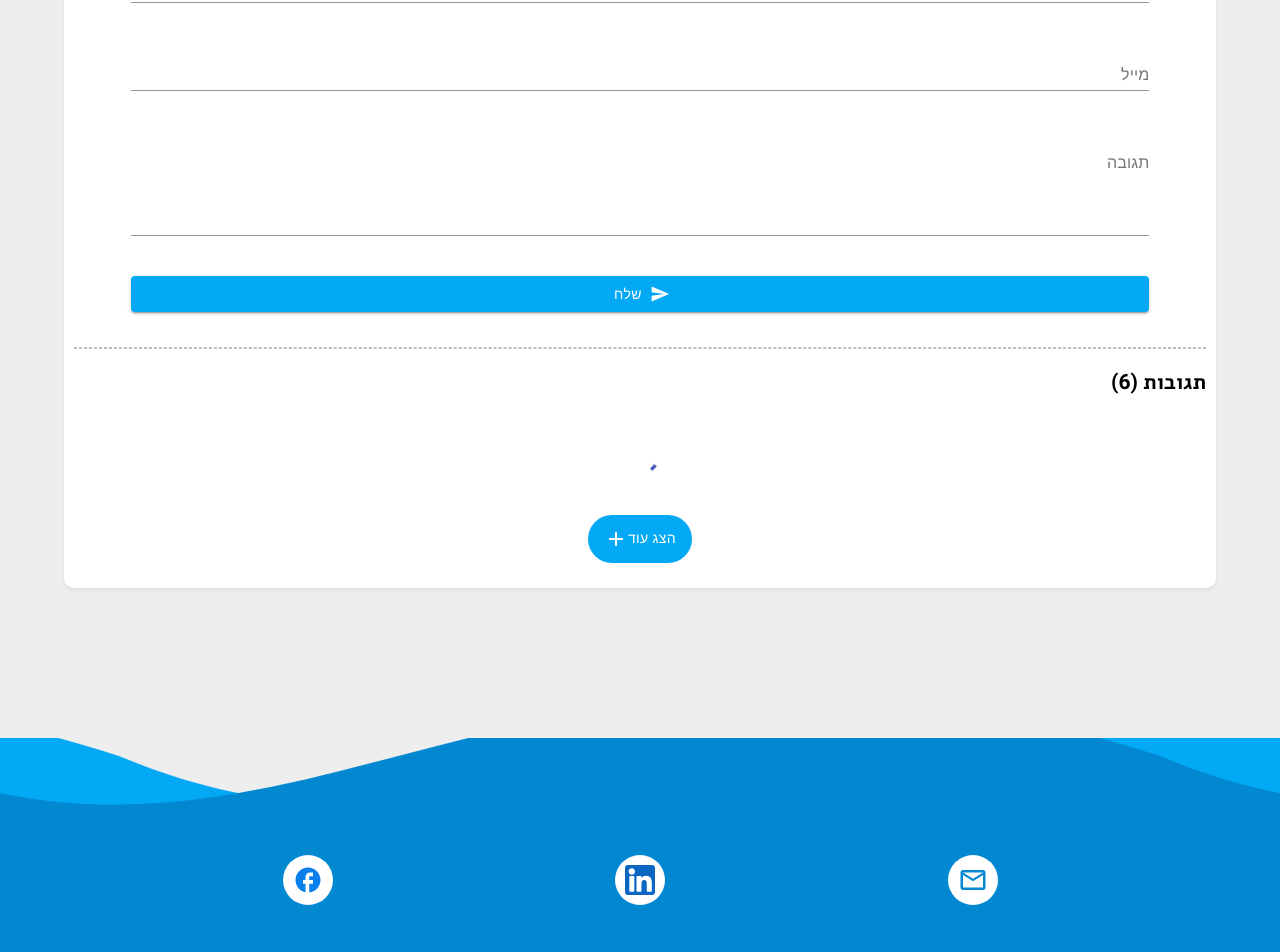
Repository: Ylan-sayada/blog-web-junior
Page: /article/1
The author's editor kept a copy of each file at every save. The page is drawn from the files as they stood at one save, then again after the next save.
The browser window is 1280 px wide. The pictures show the part of the page from y = 728 to 1680 px (the page is 1680 px tall before and 1592 px after).
The project was rebuilt for these pictures with package versions that can differ from the ones it lists, and the page was loaded fresh each time. Also part of the build but not shown: src/common/mainComponents/Header.tsx, src/utils/isEmail.ts, src/common/vendorComponents/materialUi/input/NewsletterInput.tsx, src/utils/getRect.ts, src/common/mainComponents/Newsletter.tsx, src/common/components/ect/Img.tsx, src/common/components/ect/PreviewArticle.tsx, src/common/mainComponents/ArticleWidgetGenerator.tsx and 5 more.

Above is the page before, as saved 2021-06-04 17:00:48.

### src/common/mainComponents/Main.tsx
import React from 'react';
import Home from './Home';
import { Switch, Route } from "react-router-dom";
import Blog from './Blog';
import About from './About';
import Article from './Article';
export default function Main(): JSX.Element {

    return (
        <React.Fragment>
            <Switch>
                <Route exact path="/">
                    <Home />
                </Route>

                <Route path="/about">
                    <About />
                </Route>

                <Route path="/blog">
                    <Blog />
                </Route>
                <Route path="/article/:id" >
                    <Article />
                </Route>
            </Switch>
        </React.Fragment>
    )
}

### src/common/components/ect/CounterDay.tsx
import React from 'react'
import countDay from '../../../utils/countDay';

export default function CounterDay(props: { dateStart: Date, foundWork: boolean }) {
    let dayElapsed = countDay(props.dateStart);
    let classState = props.foundWork ? "green" : "yellow";
    //also if the mission is accomplished the counter will continue to count day.
    //to resolve this we should to stock the day that the mission is accomplished
    return (
        <div className={`counter-day ${classState}`}>
            <div>
                <p>{dayElapsed} <br /> <strong>{dayElapsed > 1 ? "ימים" : "יום"}</strong></p>
            </div>

            <div>
                <p dir="rtl">מצב המשימה העיקרית </p>
                <p className="bold">{props.foundWork ? "משימה הושלמה!" : "ממשיכים בהרפתקאות"} </p>
            </div>
        </div>
    )
}

### src/utils/LangContext.ts
import React from 'react'
const LangContext = React.createContext({});
export const langData = {
    "heb":{
        "Home":{
            "ArticleWidgetGenerator" :{
                    "latest":"פוסטים אחרונים",
                    "oldest" : "פוסטים ישנים",
                    "hotest" : "להיטים"
                }
        }
    },
    "eng":{
        "Home":{
            "ArticleWidgetGenerator" :{
                "latest":"פוסטים אחרונים",
                "oldest" : "פוסטים ישנים",
                "hotest" : "להיטים"
                }
        }
    }

};
export const LangProvider = LangContext.Provider;
export const LangConsumer = LangContext.Consumer;
export default LangContext;

### src/ressources/scss/index.scss
@import './helpers/variable.scss';
@import './base/reset.scss';
@import './helpers/fonctions';
@import './helpers/animations.scss';
@import './layout/header.scss';
@import './layout/nav.scss';
@import './layout/footer.scss';
@import './components/CounterDay.scss';
@import './components/RoundedIcone.scss';
@import './components/PreviewArticle.scss';
@import './components/socialIcones.scss';
@import './components/Newsletter.scss';
@import './components/TitleLine.scss';
@import './components/Img.scss';
@import './components/MiniPresentation.scss';
@import './components/Drawer.scss';
@import './components//Article.scss';
@import './base/generalConfig.scss';
@import './components/fineSep.scss';

### src/common/components/ect/ScrollTop.tsx
import { useEffect } from "react";
import { useLocation } from "react-router-dom";

export default function ScrollTop() {
    const { pathname } = useLocation();

    useEffect(() => {
        window.scrollTo(0, 0);
    }, [pathname]);

    return null;
}

### src/common/components/stylised title/TitleLine.tsx
import React from 'react'
import isHebrew from '../../../utils/isHebrew';
import GetTitle from '../ect/GetTitle';
interface ContainChildren<Type>{
    children:Type;
    size:SizeMode
}
type SizeMode = 'very small'| 'small' | 'medium' | 'large' | 'extra large';
export default function TitleLine(props:ContainChildren<string>){
    let initClass = isHebrew(props.children) ? "title-line heb" : "title-line eng";
    let initContent = isHebrew(props.children)?
     <React.Fragment><span className="line"/><span className="content">{props.children}</span></React.Fragment>
     :
     <React.Fragment><span className="content">{props.children}</span><span className="line"/></React.Fragment>

    return (
        <React.Fragment>
            <GetTitle size={props.size} className={initClass}>{initContent}</GetTitle>
        </React.Fragment>
    );
}

### src/common/components/hoc/WithLink.tsx
import React from 'react';
import { Link } from 'react-router-dom';
import isExternal from '../../../utils/isExternal';
declare namespace JSX {

    class ObjectContainsProps<ContainSomething>{
        props:ContainSomething;
    }
}
interface ContainUrl{
    link : string;
}
/**
 * @param El React element we want to add url
 * @param url Url added to the El
 * @returns
 */
function WithLink(El:React.ReactElement,url?:string):React.ReactElement;
/**
 * @param El React element we want to add url should contain link props
 * @returns
 */
function WithLink (El:JSX.ObjectContainsProps<ContainUrl>,url:string=""):React.ReactElement{
    let link = url === "" ? El.props.link : url ;
    let Parent = isExternal(link) ?
    <a href={link} target="_blank" rel="noreferrer">{El}</a>   :   <Link to={link}>{El}</Link>
    return (
        <React.Fragment>
        {Parent}
        </React.Fragment>
    )
}
export default WithLink

### src/common/components/sep/FineSep.tsx
import React from 'react'

export default function FineSep(props: { dashed?: boolean }) {
    return (
        <div className={`fine-sep ${props.dashed ? 'dashed' : ''}`} ></div>
    )
}

### src/common/components/ect/MiniPresentation.tsx
import React from 'react'
import RoundedIcone from './RoundedIcone'

export default function MiniPresentation(props: any) {
    return (
        <div className="mini-presentation">
            <h3 style={{ color: "black" }}>{props.name}</h3>
            <span className="sub-desc">{props.titleDesc}</span>
            <RoundedIcone width="80px" image={props.image} />
            <p>{props.desc}</p>
        </div>
    )
}

### src/utils/countDay.ts
export default function countDay(dateStart:Date,dateEnd?:Date){
    let res = typeof(dateEnd) != 'undefined' ?dateEnd.getTime() - dateStart.getTime() : Date.now() - dateStart.getTime();
    res = (res / (1000*60*60*24));
    return Math.floor(res);
}

### src/ressources/scss/helpers/variable.scss
$base-color:#03A9F4;
$secondary-color:#0288D1;
$text-light-color:#FFFFFF;
$text-dark-color:#212121;
$text-dark-secondary-color:#757575;
$divider-color:#BDBDBD;
$big:1.4rem;
$small:0.8rem;
$nav-height:56px;
$facebook: #097feb;
$twitter:#1c9cea;
$linkedin:#0a66c2;

### src/ressources/scss/helpers/fonctions/index.scss
@import './imgBackground.scss';

### src/ressources/scss/helpers/fonctions/imgBackground.scss
@mixin imgBackground($img){
    background-image: url($img);
    background-repeat: no-repeat;
    background-size: cover;
}

### src/ressources/scss/helpers/animations.scss
@keyframes addedContent{
    0%{
        position: relative;
        top: 0px;
        transform: rotate(0);
    }
    25%{
        top: -15px;
        transform: rotate(10deg);
    }
    50%{
        top: 0px;
        transform: rotate(0);
    }
    75%{
        top: 15px;
        transform: rotate(-10deg);
    }
    100%{
        top: 1px;
        transform: rotate(0);
    }
}
@keyframes opacityTransition {
    from{
        opacity: 0;
    }
    to{
        opacity: 1;
    }
}

### src/ressources/scss/layout/header.scss
.header {
    @include imgBackground('/ressources/img/code.jpg');
    height: calc(100vh - #{$nav-height});
    display: flex;
    justify-content: center;
    width: 100vw;

    .content-header {
        display: flex;
        flex-direction: column;
        justify-content: space-evenly;
        padding: 20px;
        background-color: rgba(255, 255, 255, 0.9);
        align-self: center;
        width: 80%;
        height: 80%;
        h1{
            color: $base-color;
            font-weight: bold;
            font-size: 1.5em;
            text-align: center;
        }
        p{
            text-align: right;
            font-size: 0.9em;
            line-height: 1.2em;
        }
        .header-button{
            width:100%;
            color: $text-light-color;
            background-color: $text-dark-color;
        }

    }
}

### src/ressources/scss/layout/nav.scss
@import '../helpers/variable' ;
.navBar{
    background-color: $base-color;
    color: $text-light-color;
    justify-content: space-between;

    .right-side{
        display: flex;
        align-items:center;
    }
}

### src/ressources/scss/layout/footer.scss
.footer-content {

    .socialIcones {
        align-items: center;
        height: 20vh;
        background-color: $secondary-color;

        a {
            display: flex;
            background-color: white;
            padding: 10px;
            border-radius: 100%;

            &.facebook-icone {
                color: $facebook;
            }

            &.linkedin-icone {
                color: $linkedin;
            }

            &.mail-icone {
                color: $secondary-color;
            }
        }
    }


}

### src/ressources/scss/components/CounterDay.scss
.counter-day{
    display: flex;
    justify-content: space-evenly;
    padding: 5px;

    font-size: $small;
    >div{
        align-self: center;
        text-align: center;
    }
    &.green{
        background-color: green;
        color:$text-light-color;
    }
    &.yellow{
        background-color: yellow;
        color:$text-dark-color;
    }
}

### src/ressources/scss/components/RoundedIcone.scss
.roundedIcone{
    border-radius: 80%;
    background-repeat: no-repeat;
    background-size:contain;
    background-position: center;
}

### src/ressources/scss/components/subDesc.scss
.sub-desc{
    color:$text-dark-secondary-color;
    font-size: $small;
}

### src/ressources/scss/components/socialIcones.scss
@import '../helpers/flexPlacement';
.socialIcones{
    @extend .inlineFlex;
    @extend .equalSpace;
    width:100%;
     & svg{
         width: 30px;
         height:30px;

     }
}

### src/ressources/scss/helpers/flexPlacement.scss
.inlineFlex{
    display: flex;
}
.equalSpace{
    justify-content: space-evenly;
}

### src/ressources/scss/components/Newsletter.scss
.newsletter {
    display: flex;
    flex-direction: column;
    text-align: center;
    padding: 20px 0;
    line-height: 1.5rem;
    >svg {
        background-color: $base-color;
        border-radius: 100%;
        padding: 5px;
        align-self: center;
        fill: $text-light-color;
        font-size: 2.5rem;
        margin: 20px;
    }

    p {
        display: flex;
        align-items: center;
        justify-content: center;



    }

    .newsletter.send {
        justify-content: center;

        .opacityTransition {
            font-weight: bold;
            white-space: nowrap;
            animation: opacityTransition 1s linear;
        }

        .sendSvg {
            margin-right: 30px;
            color: green;
            animation: addedContent 3s linear alternate;
        }
    }

    @import './NewsletterInput.scss';
}

### src/ressources/scss/components/NewsletterInput.scss
@use '../vendors/material-ui/resetInput';

.newsletter-input {
  display: flex;
  justify-content: space-evenly;
  flex-direction: column;

  >* {
    margin: 10px 0;
  }

  label {
    right: 0;
    left: auto;
  }

  @include resetInput.resetInput;
}

### src/ressources/scss/vendors/material-ui/resetInput.scss
@use '../../helpers/variable.scss'as variable;

@mixin resetInput {

    .MuiFormLabel-root.Mui-focused {
        color: variable.$base-color !important;
    }


    .MuiInput-underline::after {
        border-bottom: 2px solid variable.$base-color !important;
    }


    button {
        background-color: variable.$base-color !important;
        color: variable.$text-light-color !important;
    }

}

### src/ressources/scss/components/TitleLine.scss
.title-line {
    display: flex;
    margin: 10px 0;
    .content {
        font-size: 1.2em;
        font-weight: bold;
        flex-grow: 1;
        text-align: center;
    }

    .line {
        flex-grow: 10;
        display: flex;
        align-self: center;
        justify-content: space-around;
    }

    .line::after,
    .line::before {
        content: "";
        display: flex;
        height: 1px;
        width: 50%;
        align-self: baseline;
    }

    &.eng {
        .line::after {
            background-color: #e2e2e2;
        }

        .line::before {
            background: linear-gradient(to right, #bfa279, #e2e2e2);
        }
    }

    &.heb {
        .line::after {
            background: linear-gradient(to left, #bfa279, #e2e2e2);
        }

        .line::before {
            background-color: #e2e2e2;
        }
    }
}

### src/ressources/scss/components/Img.scss
.img-div {
    width: 100vw;
    min-height: 180px;
    height: auto;
    background-size: cover;
}

### src/ressources/scss/components/MiniPresentation.scss
@import './subDesc.scss';
.mini-presentation{
    text-align: center;
    & h1{
        font-weight: bold;
    }
    & .roundedIcone{
        margin: 20px auto;
    }
    & p{
        line-height: 1.4em;
    }
}

### src/ressources/scss/components/Drawer.scss
@import './socialIcones.scss';
.content-drawer{
    overflow-y:scroll;
    padding: 0 5%;
    & >*{
        margin: 0 0 40px 0;
    }
}

### src/ressources/scss/components/MessageInterface.scss
@use './MessageForm.scss'as form;

@mixin messageInterface {
    .message-interface {
        .message {
            margin: 10px 0;
        }
    }

    @include form.messageForm;
}

### src/ressources/scss/components/MessageForm.scss
@use '../vendors/material-ui/resetInput';

@mixin messageForm {
    .add-message-form {
        display: flex;
        flex-direction: column;
        align-items: center;

        >* {
            width: 90%;
            margin: 20px 0;
        }

        label {
            right: 0;
            left: auto;
        }

        @include resetInput.resetInput;
    }
}

### src/ressources/scss/base/generalConfig.scss
@import './typography.scss';

body {
    font-size: 18px;
    overflow-x: hidden;
    min-height: 100vh;
    position: relative;
    font-family: Roboto, Alef;

}

html {
    scroll-behavior: smooth;
}

.bold {
    font-weight: bold;
}

.italic {
    font-style: italic;
}

.only-desktop {
    display: none !important;
}

h1,
h2,
h3,
h4,
h5 {
    &.blue {
        color: $base-color;
    }
}

.header~div:not(.footer) {
    width: 90%;
    margin: 0 auto;
}

.no-scroll {
    height: 100%;
    overflow: hidden;
}

@media only screen and (min-width:1000px) {
    .only-desktop {
        display: initial !important;
    }
}

### src/ressources/scss/base/typography.scss
@font-face {
    font-family: Roboto;
    src: url('../../fonts/Roboto/Roboto-Light.ttf');
}
  @font-face {
    font-family: Roboto;
    src: url('../../fonts/Roboto/Roboto-Bold.ttf');
    font-weight: bold;
  }
  @font-face {
    font-family: Roboto;
    src: url('../../fonts/Roboto/Roboto-Italic.ttf');
    font-style: italic;
}
@font-face {
  font-family: Alef;
  src: url('../../fonts/Alef/Alef-Regular.ttf');
}
@font-face {
  font-family: Alef;
  src: url('../../fonts/Alef/Alef-Bold.ttf');
  font-weight: bold;
}

### src/ressources/scss/components/fineSep.scss
@use '../helpers/variable.scss'as variable;

.fine-sep:not(.dashed) {
    height: 1px;
    width: 100%;
    background-color: variable.$divider-color;
    margin: 20px 0;
}

.fine-sep.dashed {
    border: 1px dashed variable.$divider-color;
}

### src/common/components/ect/RoundedIcone.tsx
import React from 'react';
import WithLink from '../hoc/WithLink'
import isUndefined from '../../../utils/isUndefined';

interface propsIcone {
  customstyle?: React.CSSProperties,
  link?: string,
  width?: number | string,
  image: String | HTMLImageElement,
}

export default function RoundedIcone(props: propsIcone): any {
  let { width, link, image, customstyle } = props;
  let height;
  width = height = isUndefined(width) ? 40 + "px" : width;

  let initialBaseComponent = <div className="roundedIcone" {...props} style={{ ...customstyle, width: width, height: height, backgroundImage: `url(${image})` }}></div>;
  let FinalRes = isUndefined(link) ? initialBaseComponent : WithLink(initialBaseComponent);
  return (
    <React.Fragment>
      {FinalRes}
    </React.Fragment>
  );
}

### src/common/components/ect/MessageInterface.tsx
import React, { useEffect, useState } from 'react'
import MessageForm from '../../vendorComponents/materialUi/input/MessageForm'
import FineSep from '../sep/FineSep';
import AddIcon from '@material-ui/icons/Add';
import ExtendedBtn from '../buttons/ExtendedBtn';
import { CircularProgress } from '@material-ui/core';
import Comments from './Comments';
let msg = { author: "John doe", date: new Date().toLocaleDateString(), msg: " לורם איפסום דולור סיט אמט, קונסקטורר אדיפיסינג אלית לפרומי בלוף קינץ תתיח לרעח. לת צשחמי צש בליא, מנסוטו צמלח לביקו ננבי, צמוקו בלוקריה שיצמה ברורק. קוואזי במר מודוף. אודיפו בלאסטיק מונופץ קליר, בנפת נפקט למסון בלרק - וענוף לפרומי בלוף" }
let msgList = [msg, msg, msg, msg, msg, msg];
let getMsg = async (id?: string) => {
    let result = new Promise((resolve, reject) => {
        setTimeout(() => {
            resolve(msgList);
        }, 6000);
    });
    return await result;
}


export default function MessageInterface() {
    let [comments, setComments] = useState([]);
    let [numComToShow, setNumComToShow] = useState(3);
    useEffect(() => {
        getMsg()
            .then((result: any) => setComments(result));

    }, []);

    return (
        <div className="message-interface">
            <h3>הוסף תגובה</h3>
            <MessageForm action="/api/sendMessage" />
            <FineSep dashed />
            <h3>תגובות (6)  </h3>

            {comments.length === 0 ? <div style={{ display: "flex", justifyContent: "center", padding: "20px 0" }}><CircularProgress /></div> : comments.filter((comment, index) => index < numComToShow).map((comment, index) => {
                return <Comments comments={comment} key={index} />
            })}
            <div style={{
                display: 'flex', justifyContent: 'center'
            }}>
                < ExtendedBtn onClick={() => setNumComToShow(numComToShow + 3)} customStyle={{ backgroundColor: '#03a9f4', color: '#fff', margin: "20px 0" }}>
                    <span>הצג עוד</span>
                    <AddIcon />
                </ExtendedBtn>
            </div >
        </div >
    )
}

### src/utils/isHebrew.ts
export default function containsHeb(str:string) {
    return (/[\u0590-\u05FF]/).test(str);
}

### src/common/components/ect/GetTitle.tsx
import React from 'react';
type SizeMode = 'very small' | 'small' | 'medium' | 'large' | 'extra large';
export default function GetTitle(props: { size: SizeMode, className: string, children: any }) {
    let { size, className, children } = props;
    let listOfTitle = {
        'very small': <h5 className={className}>{children}</h5>,
        'small': <h4 className={className}>{children}</h4>,
        'medium': <h3 className={className}>{children}</h3>,
        'large': <h2 className={className}>{children}</h2>,
        'extra large': <h1 className={className}>{children}</h1>
    }
    return (
        <React.Fragment>
            {listOfTitle[size]}
        </React.Fragment>
    )
}

### src/utils/isExternal.ts
export default function isExternal(link:string) {
    return (link.split('/')[0] === "https:"? true : false);
}

### src/ressources/scss/components/Wave.scss
.waves {
    position: relative;

    width: 100%;
    max-height: 500px;
    height: auto;
    min-height: 70px;
    overflow: hidden;
    transition: .4s transform ease;
    transform-origin: bottom center;

}

.wave {
    position: absolute;
    bottom: -1px;
    left: 0;
    width: 100%;
    height: 30%;
    animation: wave 3.0s linear infinite;
}

.wave-light {
    z-index: 2;
    color: #0288D1;
}

.wave-dark {
    z-index: 1;
    color: #03A9F4;

    animation-direction: reverse;
}

.water {
    position: absolute;
    bottom: 0;
    left: 0;
    width: 100%;
}

.water svg {
    position: absolute;
    width: 100%;
    left: 0;
    right: 0;
    bottom: 99.9%;
}

.water:first-of-type {
    transform: translate(-100%, 0);
}

svg {
    fill: currentColor;
}

@keyframes wave {
    0% {
        transform: translate3d(0, 1px, 0);
    }


    100% {
        transform: translate3d(100%, 1px, 0);
    }
}

### src/utils/isUndefined.ts
export default function isUndefined(element:any):boolean{
    return typeof element === 'undefined';
}

### src/common/vendorComponents/materialUi/input/MessageForm.tsx
import React from 'react'
import { Button, TextField } from '@material-ui/core';
import SendIcon from '@material-ui/icons/Send';
export default function MessageForm(props: { action: string }) {
    return (
        <form action={props.action} className="add-message-form" >
            <TextField label="שם מלא" />
            <TextField dir="ltr" label="מייל" />
            <TextField
                id="standard-textarea"
                label="תגובה"
                rows="4"
                multiline
            />
            <Button
                dir="ltr"
                type="submit"
                variant="contained"
                endIcon={<SendIcon />}
            >
                שלח
            </Button>
        </form>
    )
}

### src/common/components/buttons/ExtendedBtn.tsx
import React from 'react';
import { Fab } from '@material-ui/core';
import { CSSProperties } from '@material-ui/styles';
export default function ExtendedBtn(props: { onClick?: any, customStyle?: CSSProperties, children: any }) {
    return (
        <Fab onClick={props.onClick} style={{ ...props.customStyle, boxShadow: 'none' }} variant="extended" aria-label="add">
            {props.children}
        </Fab>
    )
}

Loaded but not shown: public/index.html (common file); src/index.tsx (common file); src/common/mainComponents/Nav.tsx (99 lines, source omitted); src/common/mainComponents/Article.tsx (68 lines, source omitted); src/common/vendorComponents/PersistentDrawer.tsx (86 lines, source omitted); src/common/mainComponents/SocialPanel.tsx (50 lines, source omitted); src/common/vendorComponents/materialUi/input/SearchInput.tsx (61 lines, source omitted); src/ressources/scss/components/Article.scss (74 lines, source omitted); src/common/mainComponents/Wave.tsx (28 lines, source omitted); src/common/mainComponents/Footer.tsx (28 lines, source omitted); src/ressources/scss/components/SocialPanel.scss (61 lines, source omitted); src/ressources/scss/base/reset.scss (55 lines, source omitted); src/ressources/scss/components/PreviewArticle.scss (66 lines, source omitted); src/App.tsx (32 lines, source omitted)

After the next save:
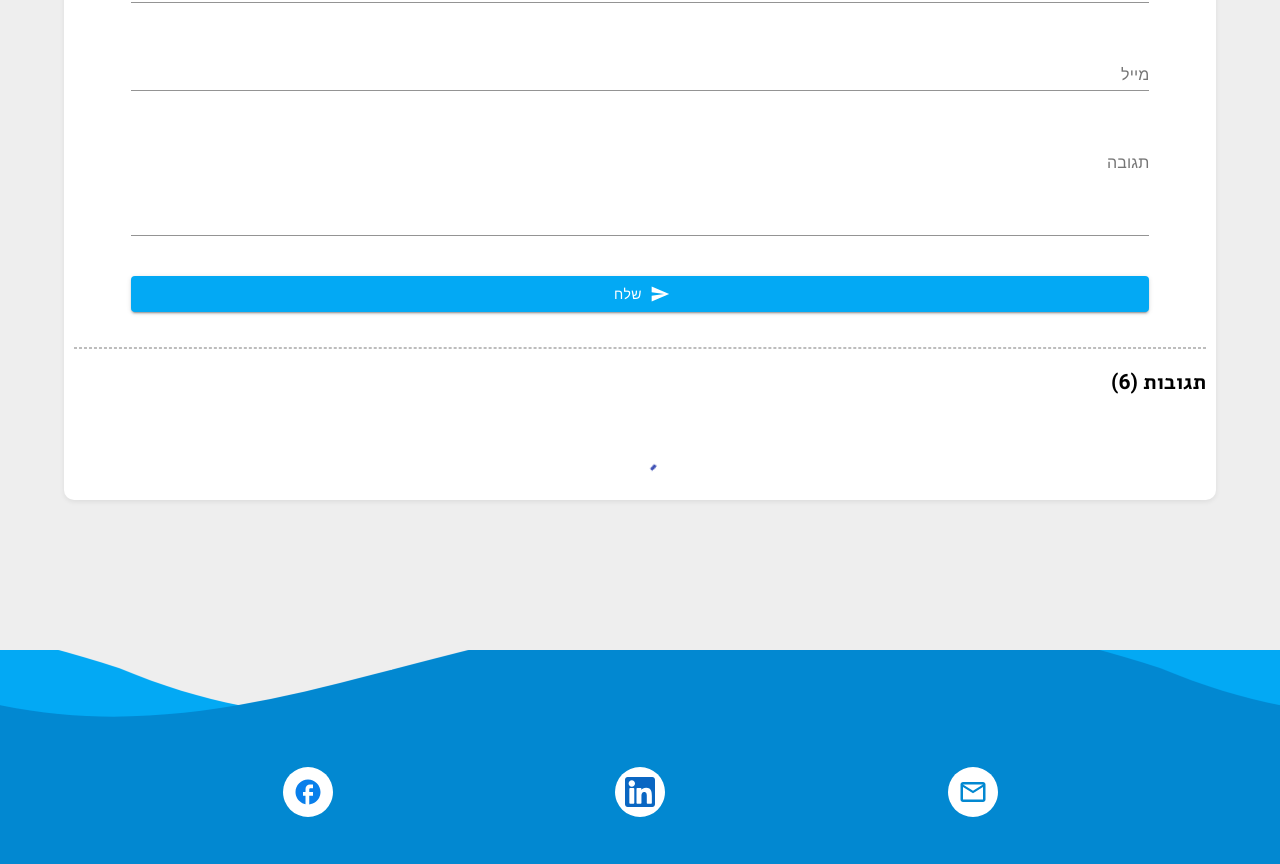
Saved 107 s later.
--- a/src/common/components/ect/MessageInterface.tsx
+++ b/src/common/components/ect/MessageInterface.tsx
@@ -39,10 +39,10 @@ export default function MessageInterface() {
             <div style={{
                 display: 'flex', justifyContent: 'center'
             }}>
-                < ExtendedBtn onClick={() => setNumComToShow(numComToShow + 3)} customStyle={{ backgroundColor: '#03a9f4', color: '#fff', margin: "20px 0" }}>
+                {numComToShow < comments.length && < ExtendedBtn onClick={() => setNumComToShow(numComToShow + 3)} customStyle={{ backgroundColor: '#03a9f4', color: '#fff', margin: "20px 0" }}>
                     <span>הצג עוד</span>
                     <AddIcon />
-                </ExtendedBtn>
+                </ExtendedBtn>}
             </div >
         </div >
     )
